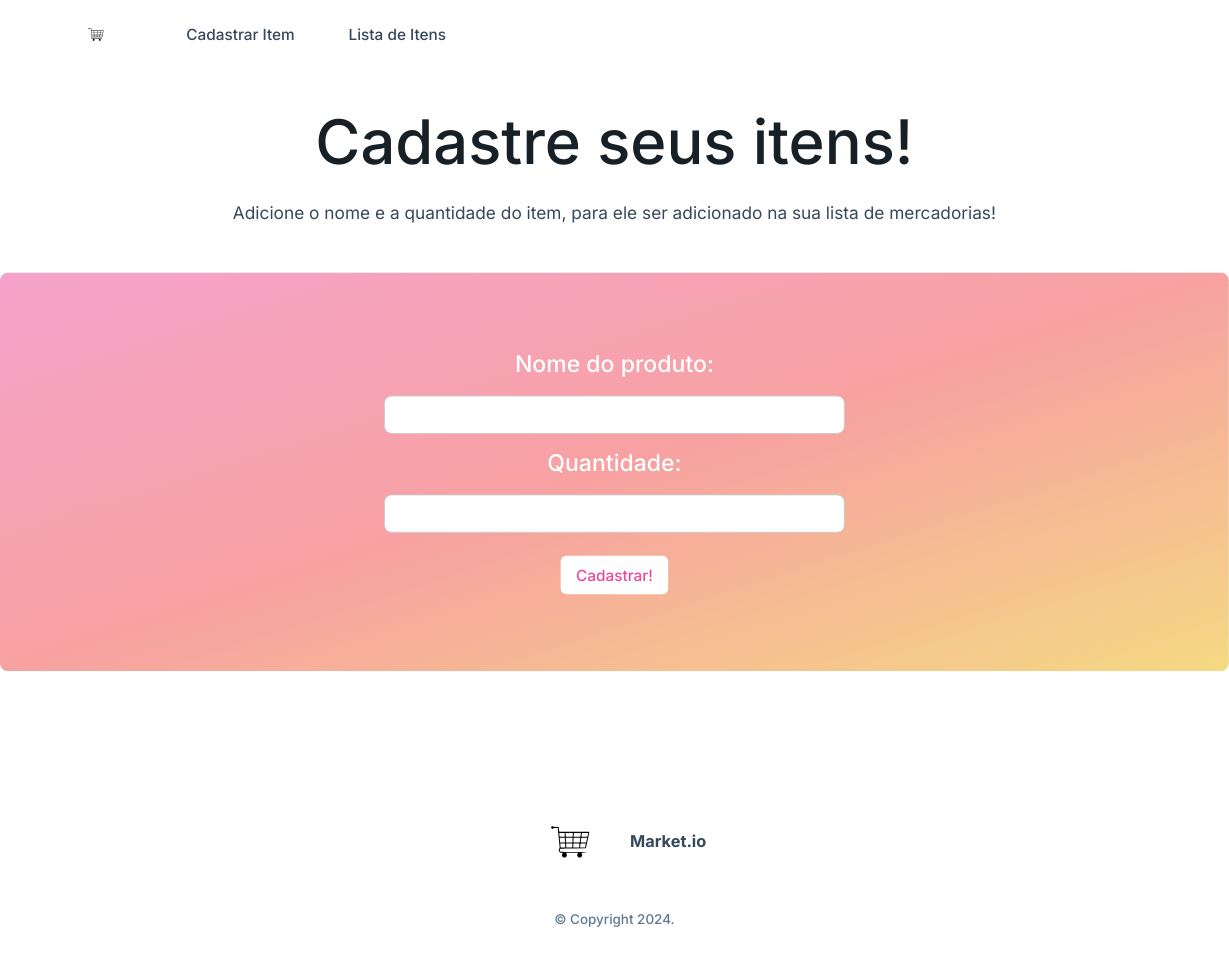
Repository: saraalves09/Avaliacao-01
Page: /
These files come from the project's save history. The page is drawn as it stood at one moment and after a run of saves; the edit follows.
The browser window is 1280 px wide. The pictures show the whole page, at 96% of full size.
The project was rebuilt for these pictures with package versions that can differ from the ones it lists, and the page was loaded fresh each time. The framework's server and built-in components were replaced by stand-ins that run in the browser. Also part of the build but not shown: next.config.mjs.

Above is the page before, as saved 2024-04-23 22:16:44.

After the next 2 saves:
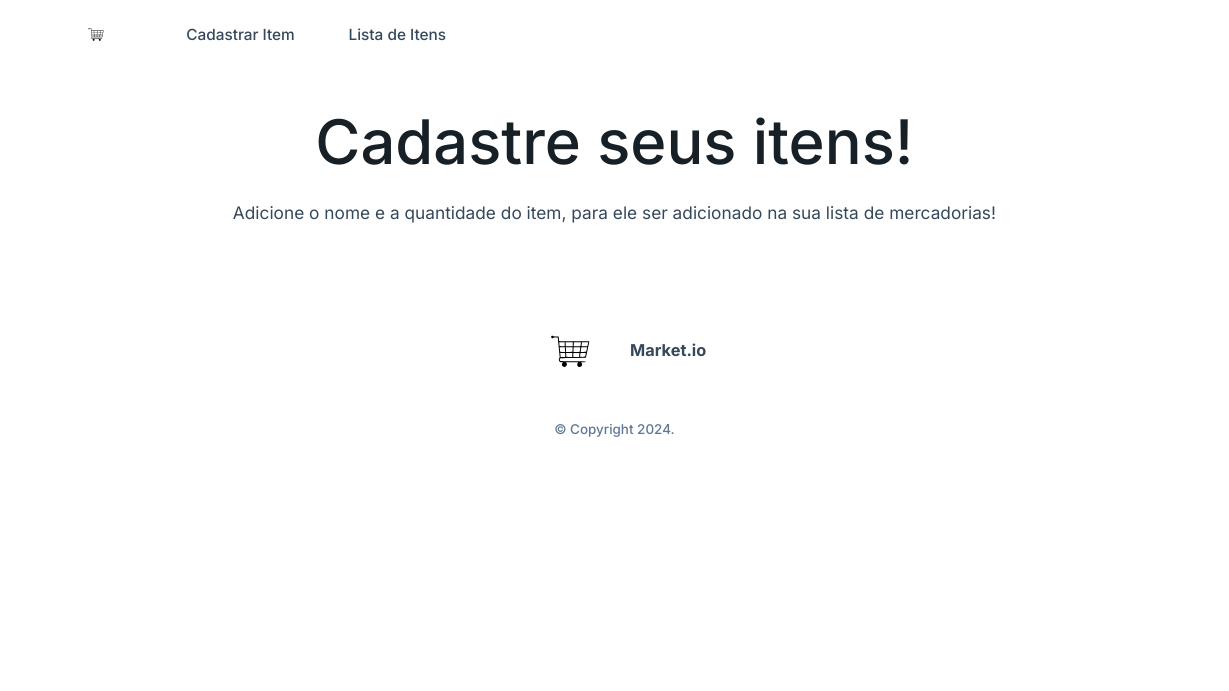
The 2 saves are shown as one change because 1 did not build or start.
The last was saved 95 s later.
--- a/app/components/Cta.tsx
+++ b/app/components/Cta.tsx
@@ -1,4 +1,6 @@
 export function Cta() {
+  const handleButtonClick = () => {
+    alert('Cadastro realizado com sucesso!');
   return (
     <div className="w-full rounded-lg bg-gradient-to-br from-pink-500/50 via-red-500/50 to-yellow-500/50 py-8 px-4 text-center lg:my-12 lg:px-10 lg:py-20">
       <label className="mb-4 lg:mb-8">
@@ -12,10 +14,10 @@
       </label>
 
       <div className="mt-4 flex flex-col w-full items-center lg:mt-6 lg:flex-row lg:justify-center gap-x-4">
-        <button className="py-2 px-4 bg-white rounded-md text-pink-500 font-medium">
-          Cadastrar!
+      <button className="py-2 px-4 bg-white rounded-md text-pink-500 font-medium" onClick={handleButtonClick}>
+            Cadastrar!
         </button>
       </div>
     </div>
   );
-}
+  }}

After the save that followed:
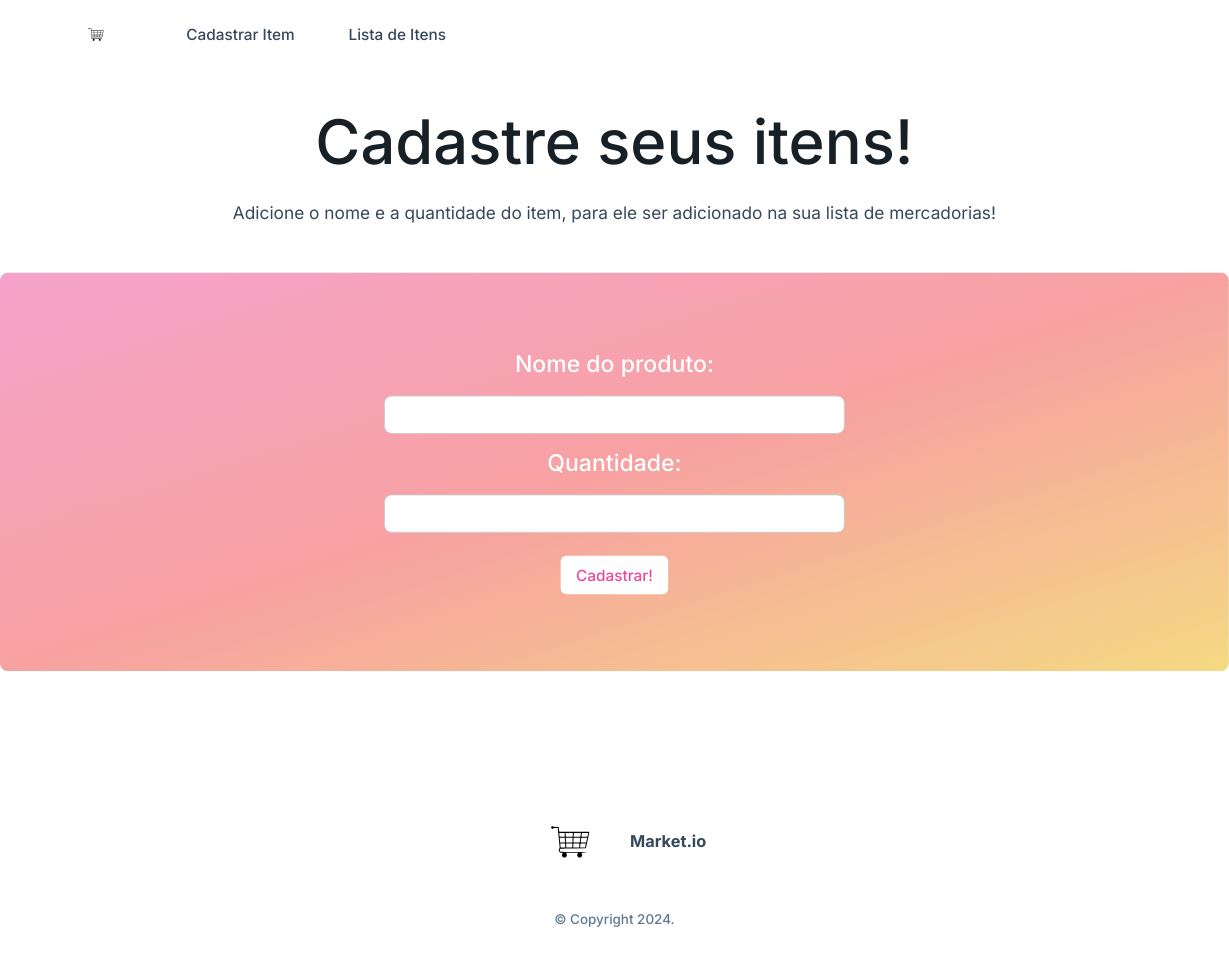
Saved 19 s later.
--- a/app/components/Cta.tsx
+++ b/app/components/Cta.tsx
@@ -1,6 +1,4 @@
 export function Cta() {
-  const handleButtonClick = () => {
-    alert('Cadastro realizado com sucesso!');
   return (
     <div className="w-full rounded-lg bg-gradient-to-br from-pink-500/50 via-red-500/50 to-yellow-500/50 py-8 px-4 text-center lg:my-12 lg:px-10 lg:py-20">
       <label className="mb-4 lg:mb-8">
@@ -14,10 +12,10 @@
       </label>
 
       <div className="mt-4 flex flex-col w-full items-center lg:mt-6 lg:flex-row lg:justify-center gap-x-4">
-      <button className="py-2 px-4 bg-white rounded-md text-pink-500 font-medium" onClick={handleButtonClick}>
-            Cadastrar!
+        <button className="py-2 px-4 bg-white rounded-md text-pink-500 font-medium">
+          Cadastrar!
         </button>
       </div>
     </div>
   );
-  }}
+}
